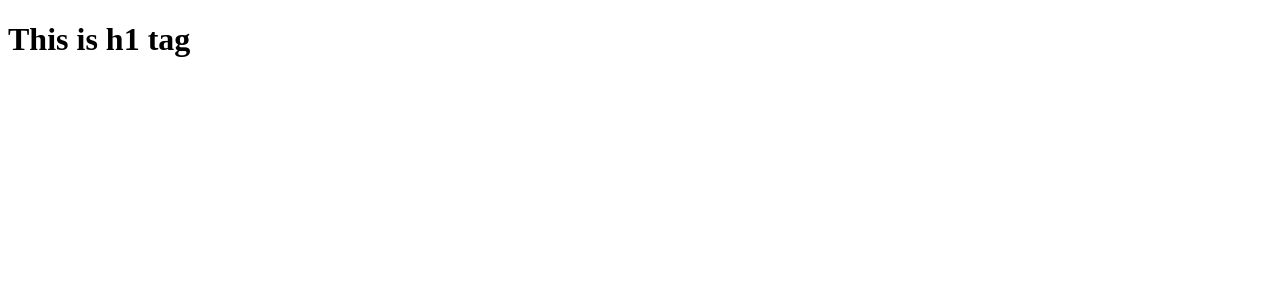
Repository: MushrrafKhan/code_by_heart
Page: index.html
An editor plug-in stored every save of this project. The page is shown before and after the next save, followed by the edit.
The browser window is 1280 px wide. The pictures show the whole page.

Above is the page before, as saved 2022-06-08 21:00:33.

### index.html
<!DOCTYPE html>
<html lang="en">
<head>
    <meta charset="UTF-8">
    <meta http-equiv="X-UA-Compatible" content="IE=edge">
    <meta name="viewport" content="width=device-width, initial-scale=1.0">
    <link rel="stylesheet" href="index.js">
    <title>Document</title>
</head>
<body>
    <h1>This is h1 tag</h1>
</body>
</html>

Loaded but not shown: index.js (no copy from this time; the picture is the same without it)

After the next save:
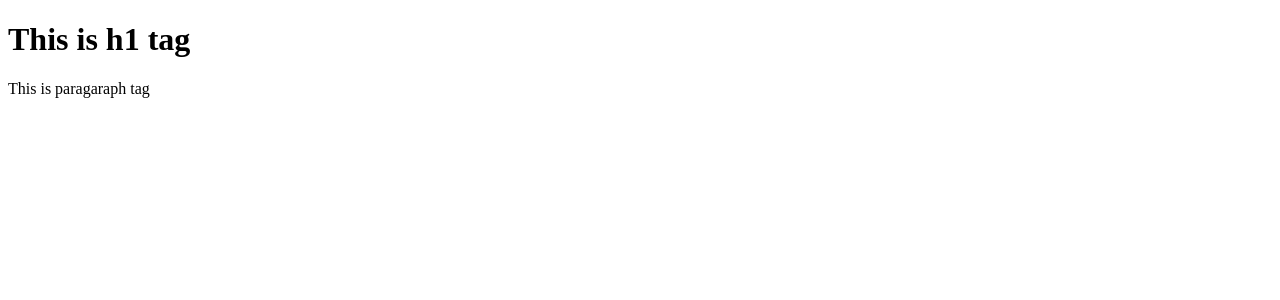
Saved 11 s later.
--- a/index.html
+++ b/index.html
@@ -9,5 +9,6 @@
 </head>
 <body>
     <h1>This is h1 tag</h1>
+    <p>This is paragaraph tag</p>
 </body>
 </html>
